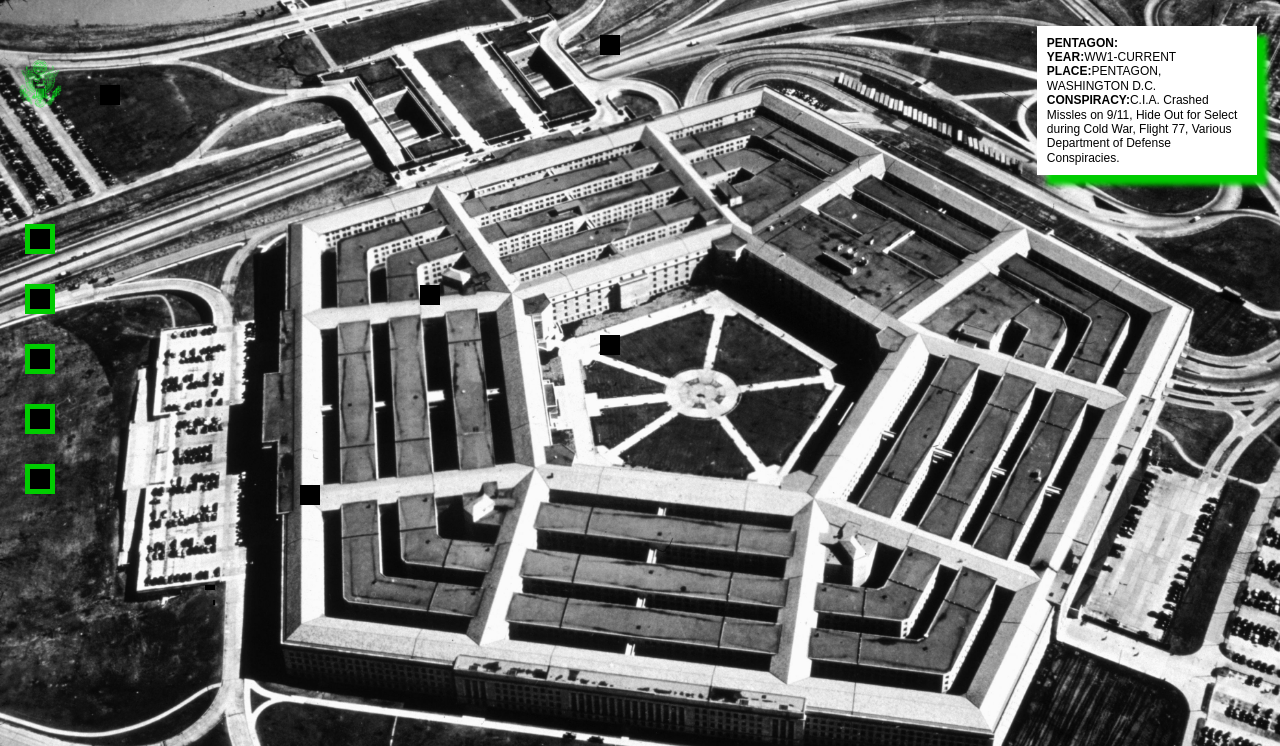
Repository: bradk647/bradk647.github.io
Page: TypeWeb/Pent/pentagon.html
The author's editor kept a record of every edit. The page is drawn from the files as they stood at one moment, then again after the next edit.
The browser window is 1280 px wide. The pictures show the whole page.
Some web fonts or font styles are not loaded; a fallback is used.

Above is the page before.

### TypeWeb/Pent/pentagon.html
<html>
<head>
    <title>PENTAGON</title>
    <link href='pentstyle.css' rel='stylesheet'>
    <link href='../menutype.css' rel='stylesheet'>
    <link href='pentblocks.css' rel='stylesheet'>
     <link href='http://fonts.googleapis.com/css?family=Lekton:400,700,400italic' rel='stylesheet' type='text/css'>
    <link rel="icon" href="../black.png" sizes="16x16 32x32" type="image/png">
</head>
<body>

    <div class="infobox"><strong>PENTAGON:</strong><br/>
    <strong>YEAR:</strong>WW1-CURRENT<br />
   <strong>PLACE:</strong>PENTAGON,<br />WASHINGTON D.C.
   <br /><strong>CONSPIRACY:</strong>C.I.A. Crashed Missles on 9/11, Hide Out for Select during Cold War, Flight 77, Various Department of Defense Conspiracies.
    </div>

    <a href="../Home/typeface.html"><img src="../Home/seal.png" id="seal" height="90" width="90"></a>
    <div class="menu">
        <a href="../Jfk/jfk.html">
            <div class="tile1"></div>
            <div class="d-wrapper">
                <div class="letterdblock"></div>
            <div class="whiteblock1d"></div>
    </div>
    <a href="../911/911new.html">
            <div class="tile2"></div>
            <div class="nine-wrapper">
        <div class="number9block"></div>
        <div class="whiteblock9-1"></div>
        <div class="whiteblock9-2"></div>
    </div></a>
         <a href="../Area51/area51.html">
            <div class="tile3"></div>
            <div class="a-wrapper">
        <div class="letterablock"></div>
            <div class="whiteblock1a"></div>
            <div class="whiteblock2a"></div>
         </div></a>
    <a href="../Pent/pentagon.html">
            <div class="tile4"></div>
            <div class="p-wrapper">
        <div class="letterpblock"></div>
        <div class="whiteblock1p"></div>
        <div class="whiteblock2p"></div>
        </div>
        </a>
            <a href="../Moon/moon.html"><div class="tile5"></div>
            <div class="m-wrapper">
        <div class="lettermblock"></div>
        <div class="whiteblock1m"></div>
        <div class="whiteblock2m"></div>
        <div class="whiteblock3m"></div>
    </div></a>

        </div>

      </div>


<a href="http://www.popularmechanics.com/military/a5659/debunking-911-myths-pentagon/" onclick="return popitup('http://www.popularmechanics.com/military/a5659/debunking-911-myths-pentagon/')"
	> <div class="d-wrapper1">
        <div class="letterdblock1" id="firstblock"></div>
            <div class="whiteblock1d1"></div>
            <div class="whiteblock2d1"></div>
    </div></a>

    <a href="http://i.minus.com/iGM7Wc6mCgP3F.gif" onclick="return popitup('http://i.minus.com/iGM7Wc6mCgP3F.gif')"
	> <div class="m-wrapper1">
        <div class="lettermblock1" id="firstblock1"></div>
            <div class="whiteblock1m1"></div>
            <div class="whiteblock2m1"></div>
            <div class="whiteblock3m1"></div>
    </div></a>

    <a href="http://911research.wtc7.net/pentagon/analysis/theories/" onclick="return popitup('http://911research.wtc7.net/pentagon/analysis/theories/')"
	> <div class="nine-wrapper1">
        <div class="number9block1" id="firstblock1"></div>
            <div class="whiteblock9-11"></div>
            <div class="whiteblock9-21"></div>
    </div></a>
    <a href="https://www.youtube.com/watch?v=j5FhQc-LJ-o" onclick="return popitup('https://www.youtube.com/watch?v=j5FhQc-LJ-o')"
	> <div class="n-wrapper1">
        <div class="letterdnlock1" id="firstblock"></div>
            <div class="whiteblock1n1"></div>
            <div class="whiteblock2n1"></div>
    </div></a>

    <a href="http://web.archive.org/web/20020601124916/http://www.mdw.army.mil/news/Commentary-Remembering_the_honored_dead.html" onclick="return popitup('http://web.archive.org/web/20020601124916/http://www.mdw.army.mil/news/Commentary-Remembering_the_honored_dead.html')"
	> <div class="h-wrapper1">
        <div class="letterhblock1" id="firstblock1"></div>
            <div class="whiteblock1h1"></div>
            <div class="whiteblock2h1"></div>
    </div></a>

    <a href="http://media.nara.gov/research/pentagon-papers/Pentagon-Papers-Part-IV-C-2a.pdf" onclick="return popitup('http://911research.wtc7.net/pentagon/analysis/theories/')"
	> <div class="v-wrapper1">
        <div class="lettervblock1" id="firstblock1"></div>
            <div class="whiteblock1v1"></div>
    </div></a>
    <a href="http://www.popularmechanics.com/military/a5659/debunking-911-myths-pentagon/" onclick="return popitup('http://www.popularmechanics.com/military/a5659/debunking-911-myths-pentagon/')"
	> <div class="d-wrapper1">
        <div class="letterdblock1" id="firstblock"></div>
            <div class="whiteblock1d1"></div>
            <div class="whiteblock2d1"></div>
    </div></a>

    <a href="http://i.minus.com/iGM7Wc6mCgP3F.gif" onclick="return popitup('http://i.minus.com/iGM7Wc6mCgP3F.gif')"
	> <div class="m-wrapper1">
        <div class="lettermblock1" id="firstblock1"></div>
            <div class="whiteblock1m1"></div>
            <div class="whiteblock2m1"></div>
            <div class="whiteblock3m1"></div>
    </div></a>

    <a href="http://911research.wtc7.net/pentagon/analysis/theories/" onclick="return popitup('http://911research.wtc7.net/pentagon/analysis/theories/')"
	> <div class="nine-wrapper1">
        <div class="number9block1" id="firstblock1"></div>
            <div class="whiteblock9-11"></div>
            <div class="whiteblock9-21"></div>
    </div></a>
    <a href="http://911research.wtc7.net/pentagon/analysis/theories/" onclick="return popitup('http://911research.wtc7.net/pentagon/analysis/theories/')"
	> <div class="nine-wrapper1">
        <div class="number9block1" id="firstblock1"></div>
            <div class="whiteblock9-11"></div>
            <div class="whiteblock9-21"></div>
    </div></a>

</body>

    <script language="javascript" type="text/javascript">

function popitup(url) {
	newwindow=window.open(url,'name','height=600,width=600');
	if (window.focus) {newwindow.focus()}
	return false;
}

function popitup(url) {
	newwindow=window.open(url,'name','height=400,width=300');
	if (window.focus) {newwindow.focus()}
	return false;
}

function popitup(url) {
	newwindow=window.open(url,'name','height=300,width=500');
	if (window.focus) {newwindow.focus()}
	return false;
}
function popitup(url) {
	newwindow=window.open(url,'name','height=600,width=600');
	if (window.focus) {newwindow.focus()}
	return false;
}

function popitup(url) {
	newwindow=window.open(url,'name','height=400,width=300');
	if (window.focus) {newwindow.focus()}
	return false;
}

function popitup(url) {
	newwindow=window.open(url,'name','height=300,width=500');
	if (window.focus) {newwindow.focus()}
	return false;
}
function popitup(url) {
	newwindow=window.open(url,'name','height=600,width=600');
	if (window.focus) {newwindow.focus()}
	return false;
}

function popitup(url) {
	newwindow=window.open(url,'name','height=400,width=300');
	if (window.focus) {newwindow.focus()}
	return false;
}

function popitup(url) {
	newwindow=window.open(url,'name','height=300,width=500');
	if (window.focus) {newwindow.focus()}
	return false;
}
function popitup(url) {
	newwindow=window.open(url,'name','height=300,width=500');
	if (window.focus) {newwindow.focus()}
	return false;
}


</script>

</html>

### TypeWeb/Pent/pentstyle.css
body {
  left: 0;
  margin: 0;
  overflow: hidden;
  position: relative;
background-image: url('The_Pentagon.jpg');
  height: 100%;
  -webkit-background-size: cover;
     -moz-background-size: cover;
       -o-background-size: cover;
          background-size: cover;
}


.infobox{
    width: 200px;
    font-family:'Lekton',sans-serif;
    font-size:12px;
    line-height:1.2em;
    padding: 10px;
    background-color:white;
    -webkit-box-shadow: 10px 10px 5px 0px rgba(0,204,0,1);
-moz-box-shadow: 10px 10px 5px 0px rgba(0,204,0,1);
box-shadow: 10px 10px 5px 0px rgba(0,204,0,1);
margin-left:81%;
margin-top:2%;
}


.menu {
    position: relative;
  top: 20%;
  transform: translateY(-50%);
}

#seal {
    margin-left:-5px;
    margin-top:-130px;
}
.tile1 {
    width:30px;
    height:30px;
    background:#00CC00;
    margin-left:25px;
    margin-top:40px;

}

.tile2 {
    width:30px;
    height:30px;
    background:#00CC00;
    margin-left:25px;
    margin-top:30px;
}

.tile3 {
    width:30px;
    height:30px;
    background:#00CC00;
    margin-left:25px;
    margin-top:30px;

}


.tile4 {
    width:30px;
    height:30px;
    background:#00CC00;
    margin-left:25px;
    margin-top:30px;
}


.tile5 {
    width:30px;
    height:30px;
    background:#00CC00;
    margin-left:25px;
    margin-top:30px;
}

### TypeWeb/menutype.css
.a-wrapper {
    position:relative;
    display:inline-block;
    margin-top:-25px;
    margin-left:30;
}

.letterablock {
    width:20px;
    height:20px;
    background-color:#000;
    position:absolute;

}

.whiteblock1a {
    width:10px;
    height:2px;
    background-color: #000;
    position:absolute;
    top: 5px;
    left: 5px;

}
.whiteblock2a {
    width:10px;
    height:6px;
    background-color:#000;
    position:absolute;
    bottom: -20px;
    left: 5px;
}

.a-wrapper:hover .whiteblock1a {
    background-color: #00CC00;
}

.a-wrapper:hover .whiteblock2a {
    background-color: #00CC00;
}



.d-wrapper {
    position:relative;
    display:inline-block;
    margin-left:30px;
    margin-top:-25px;
}

.letterdblock {
    width:20px;
    height:20px;
    background-color:#000;
    position:absolute;
}

.whiteblock1d {
    width:11px;
    height:10px;
    background-color:#000;
    position:absolute;
    top:5px;
    left:6px;
}

.d-wrapper:hover .whiteblock1d {
    background: #00CC00
}



.m-wrapper {
    position:relative;
    display:inline-block;
    margin-top:-25px;
    margin-left:30px;
}

.lettermblock {
    width:20px;
    height:20px;
    background-color:#000;
    position:absolute;
}

.whiteblock1m {
    width:10px;
    height:5px;
    background-color:#000;
    position:absolute;
    top:0px;
    left:5px;
}

.whiteblock2m {
    width:2px;
    height:5px;
    background-color:#000;
    position:absolute;
    top:15px;
    left:5px;
}

.whiteblock3m {
    width:2px;
    height:5px;
    background-color:#000;
    position:absolute;
    top:15px;
    left:13px;
}

.m-wrapper:hover .whiteblock1m {
    background-color: #00CC00;
}

.m-wrapper:hover .whiteblock2m {
    background-color: #00CC00;
}

.m-wrapper:hover .whiteblock3m {
    background-color: #00CC00;
}


.p-wrapper {
    position:relative;
    display:inline-block;
    margin-top:-25px;
    margin-left:30px;
}

.letterpblock {
    width:20px;
    height:20px;
    background-color:#000;
    position:absolute;
}

.whiteblock1p {
    width:10px;
    height:2px;
    background-color:#000;
    position:absolute;
    top:5px;
    left:5px;
}

.whiteblock2p {
    width:15px;
    height:5px;
    background-color:#000;
    position:absolute;
    top:15px;
    left:5px;
}

.p-wrapper:hover .whiteblock1p {
    background-color: #00CC00;
}

.p-wrapper:hover .whiteblock2p {
    background-color: #00CC00;
}


.nine-wrapper {
    position:relative;
    display:inline-block;
    margin-top:-25px;
    margin-left:30px;
}

.number9block {
    width:20px;
    height:20px;
    background-color:#000;
    position:absolute;
}
.whiteblock9-1 {
    width:10px;
    height:2px;
    background-color:#000;
    position:absolute;
    top:5px;
    left:5px;
}

.whiteblock9-2 {
    width:15px;
    height:5px;
    background-color:#000;
    position:absolute;
    top:15px;
    left:0px;
}

.nine-wrapper:hover .whiteblock9-1 {
    background-color: #00CC00;
}
.nine-wrapper:hover .whiteblock9-2 {
    background-color: #00CC00;
}

### TypeWeb/Pent/pentblocks.css
.d-wrapper1 {
    position:absolute;
    margin-left:300px;
}

.letterdblock1 {
    width:20px;
    height:20px;
    background-color:#000;
    position:absolute;
}

.whiteblock1d1 {
    width:11px;
    height:10px;
    background-color:#000;
    position:absolute;
    top:5px;
    left:6px;
}

.d-wrapper1:hover .whiteblock1d1 {
    background: #00CC00
}

.d-wrapper1:hover {
-webkit-box-shadow: 10px 10px 96px 17px rgba(0,204,0,1);
-moz-box-shadow: 10px 10px 96px 17px rgba(0,204,0,1);
box-shadow: 10px 10px 96px 17px rgba(0,204,0,1);
}
.h-wrapper1 {
    position:absolute;
    margin-top:-200px;
    margin-left:420px;
}

.letterhblock1 {
    width:20px;
    height:20px;
    background-color:#000;
    position:absolute;
}
.whiteblock1h1 {
    width:10px;
    height:6px;
    background-color:#000;
    position:absolute;
    top:0px;
    left:5px;
}
.whiteblock2h1 {
    width:10px;
    height:6px;
    background-color:#000;
    position:absolute;
    bottom:-20px;
    left:5px;
}

.h-wrapper1:hover .whiteblock1h1 {
    background-color: #00CC00;
}

.h-wrapper1:hover .whiteblock2h1 {
    background-color: #00CC00;
}
.h-wrapper1:hover {
-webkit-box-shadow: 10px 10px 96px 17px rgba(0,204,0,1);
-moz-box-shadow: 10px 10px 96px 17px rgba(0,204,0,1);
box-shadow: 10px 10px 96px 17px rgba(0,204,0,1);
}

.m-wrapper1 {
    position:absolute;
    margin-top:-400px;
    margin-left:100px;
}

.lettermblock1 {
    width:20px;
    height:20px;
    background-color:#000;
    position:absolute;
}

.whiteblock1m1 {
    width:10px;
    height:5px;
    background-color:#000;
    position:absolute;
    top:0px;
    left:5px;
}

.whiteblock2m1 {
    width:2px;
    height:5px;
    background-color:#000;
    position:absolute;
    top:15px;
    left:5px;
}

.whiteblock3m1 {
    width:2px;
    height:5px;
    background-color:#000;
    position:absolute;
    top:15px;
    left:13px;
}

.m-wrapper1:hover .whiteblock1m1 {
    background-color: #00CC00;
}

.m-wrapper1:hover .whiteblock2m1 {
    background-color: #00CC00;
}

.m-wrapper1:hover .whiteblock3m1 {
    background-color: #00CC00;
}
.m-wrapper1:hover {
-webkit-box-shadow: 10px 10px 96px 17px rgba(0,204,0,1);
-moz-box-shadow: 10px 10px 96px 17px rgba(0,204,0,1);
box-shadow: 10px 10px 96px 17px rgba(0,204,0,1);
}

.n-wrapper1 {
    position:absolute;
    margin-top:-100px;
    margin-left:400px;
}

.letternblock1 {
    width:20px;
    height:20px;
    background-color:#000;
    position:absolute;
}

.whiteblock1n1 {
    width:10px;
    height:5px;
    background-color:#000;
    position:absolute;
    top:0px;
    left:5px;
}

.whiteblock2n1 {
    width:2px;
    height:5px;
    background-color:#000;
    position:absolute;
    top:15px;
    left:13px;
}

.n-wrapper1:hover .whiteblock1n1 {
    background-color: #00CC00;
}

.n-wrapper1:hover .whiteblock2n1 {
    background-color: #00CC00;
}
.n-wrapper1:hover {
-webkit-box-shadow: 10px 10px 96px 17px rgba(0,204,0,1);
-moz-box-shadow: 10px 10px 96px 17px rgba(0,204,0,1);
box-shadow: 10px 10px 96px 17px rgba(0,204,0,1);
}
.n-wrapper1 {
    position:absolute;
    margin-top:100px;
    margin-left:200px;
}

.letternblock11 {
    width:20px;
    height:20px;
    background-color:#000;
    position:absolute;
}

.whiteblock1n1 {
    width:10px;
    height:5px;
    background-color:#000;
    position:absolute;
    top:0px;
    left:5px;
}

.whiteblock2n1 {
    width:2px;
    height:5px;
    background-color:#000;
    position:absolute;
    top:15px;
    left:13px;
}

.n-wrapper1:hover .whiteblock1n1 {
    background-color: #00CC00;
}

.n-wrapper1:hover .whiteblock2n1 {
    background-color: #00CC00;
}
.n-wrapper2:hover {
-webkit-box-shadow: 10px 10px 96px 17px rgba(0,204,0,1);
-moz-box-shadow: 10px 10px 96px 17px rgba(0,204,0,1);
box-shadow: 10px 10px 96px 17px rgba(0,204,0,1);
}

.p-wrapper1 {
    position:absolute;
    margin-top:-90px;
    margin-left:850px;
}

.letterpblock1 {
    width:20px;
    height:20px;
    background-color:#000;
    position:absolute;
}

.whiteblock1p1 {
    width:10px;
    height:2px;
    background-color:#000;
    position:absolute;
    top:5px;
    left:5px;
}

.whiteblock2p1 {
    width:15px;
    height:5px;
    background-color:#000;
    position:absolute;
    top:15px;
    left:5px;
}

.p-wrapper1:hover .whiteblock1p1 {
    background-color: #00CC00;
}

.p-wrapper1:hover .whiteblock2p1 {
    background-color: #00CC00;
}

.p-wrapper1:hover {
-webkit-box-shadow: 10px 10px 96px 17px rgba(0,204,0,1);
-moz-box-shadow: 10px 10px 96px 17px rgba(0,204,0,1);
box-shadow: 10px 10px 96px 17px rgba(0,204,0,1);
}

.v-wrapper1 {
    position:absolute;
    margin-top:-450px;
    margin-left:600px;
}

.lettervblock1 {
    width:20px;
    height:20px;
    background-color:#000;
    position:absolute;
}

.whiteblock1v1 {
    width:10px;
    height:17px;
    background-color:#000;
    position:absolute;
    top:0px;
    left:5px;
}

.v-wrapper1:hover .whiteblock1v1 {
    background-color: #00CC00;
}

.v-wrapper1:hover {
-webkit-box-shadow: 10px 10px 96px 17px rgba(0,204,0,1);
-moz-box-shadow: 10px 10px 96px 17px rgba(0,204,0,1);
box-shadow: 10px 10px 96px 17px rgba(0,204,0,1);
}

.four-wrapper1 {
    position:absolute;
    margin-top:-200px;
    margin-left:100px;
}

.number4block1 {
    width:20px;
    height:20px;
    background-color:#000;
    position:absolute;
}

.whiteblock4-11 {
    width:10px;
    height:5px;
    background-color:#000;
    position:absolute;
    top:0px;
    left:5px;
}

.whiteblock4-21 {
    width:15px;
    height:5px;
    background-color:#000;
    position:absolute;
    top:15px;
    left:0px;
}

.four-wrapper1:hover .whiteblock4-11 {
    background-color: #00CC00;
}

.four-wrapper1:hover .whiteblock4-21 {
    background-color: #00CC00;
}

.four-wrapper1:hover {
-webkit-box-shadow: 10px 10px 96px 17px rgba(0,204,0,1);
-moz-box-shadow: 10px 10px 96px 17px rgba(0,204,0,1);
box-shadow: 10px 10px 96px 17px rgba(0,204,0,1);
}


.nine-wrapper1 {
    position:absolute;
    margin-top:-150px;
    margin-left:600px;
}

.number9block1 {
    width:20px;
    height:20px;
    background-color:#000;
    position:absolute;
}
.whiteblock9-11 {
    width:10px;
    height:2px;
    background-color:#000;
    position:absolute;
    top:5px;
    left:5px;
}

.whiteblock9-21 {
    width:15px;
    height:5px;
    background-color:#000;
    position:absolute;
    top:15px;
    left:0px;
}

.nine-wrapper1:hover .whiteblock9-11 {
    background-color: #00CC00;
}
.nine-wrapper1:hover .whiteblock9-21 {
    background-color: #00CC00;
}

.nine-wrapper1:hover {
-webkit-box-shadow: 10px 10px 96px 17px rgba(0,204,0,1);
-moz-box-shadow: 10px 10px 96px 17px rgba(0,204,0,1);
box-shadow: 10px 10px 96px 17px rgba(0,204,0,1);
}

.nine-wrapper2 {
    position:absolute;
    margin-top:100px;
    margin-left:500px;
}

.number9block2 {
    width:20px;
    height:20px;
    background-color:#000;
    position:absolute;
}
.whiteblock9-12 {
    width:10px;
    height:2px;
    background-color:#000;
    position:absolute;
    top:5px;
    left:5px;
}

.whiteblock9-22 {
    width:15px;
    height:5px;
    background-color:#000;
    position:absolute;
    top:15px;
    left:0px;
}

.nine-wrapper2:hover .whiteblock9-12 {
    background-color: #00CC00;
}
.nine-wrapper2:hover .whiteblock9-22 {
    background-color: #00CC00;
}

.nine-wrapper2:hover {
-webkit-box-shadow: 10px 10px 96px 17px rgba(0,204,0,1);
-moz-box-shadow: 10px 10px 96px 17px rgba(0,204,0,1);
box-shadow: 10px 10px 96px 17px rgba(0,204,0,1);
}

After the next edit:
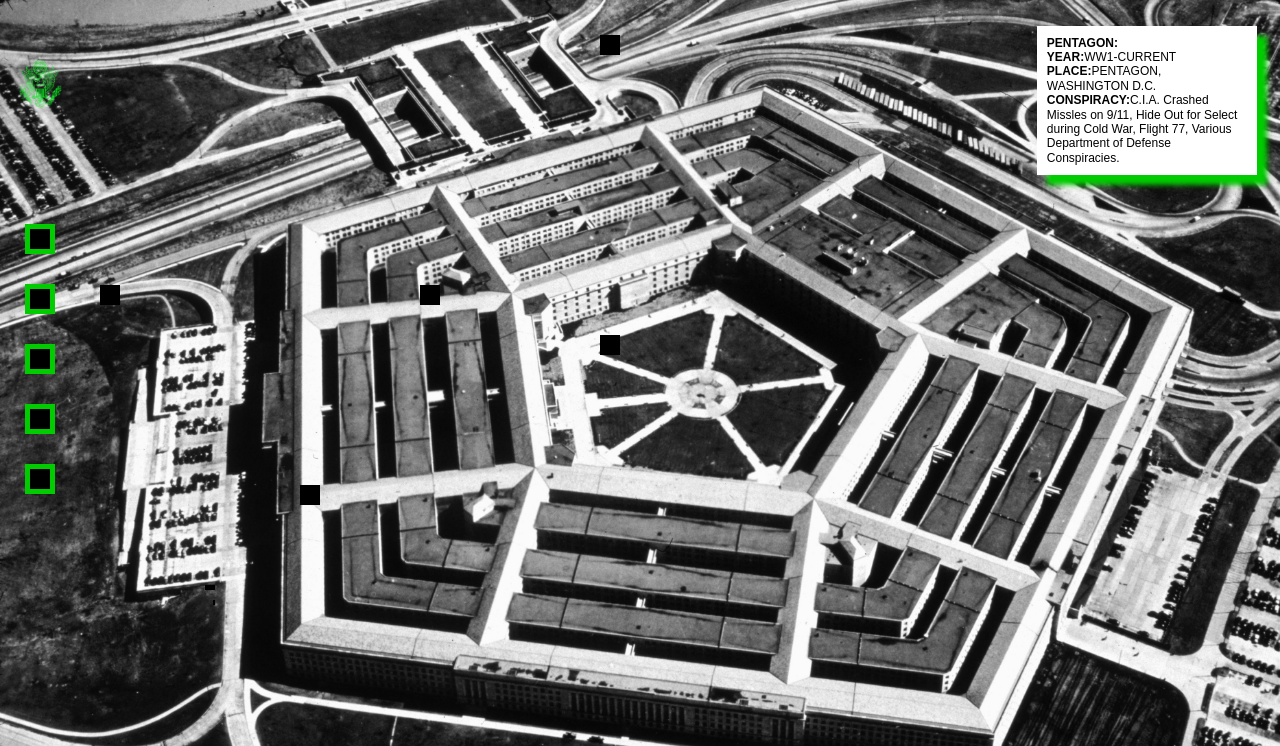
The edit:
--- a/TypeWeb/Pent/pentblocks.css
+++ b/TypeWeb/Pent/pentblocks.css
@@ -72,7 +72,7 @@
 
 .m-wrapper1 {
     position:absolute;
-    margin-top:-400px;
+    margin-top:-200px;
     margin-left:100px;
 }
 
